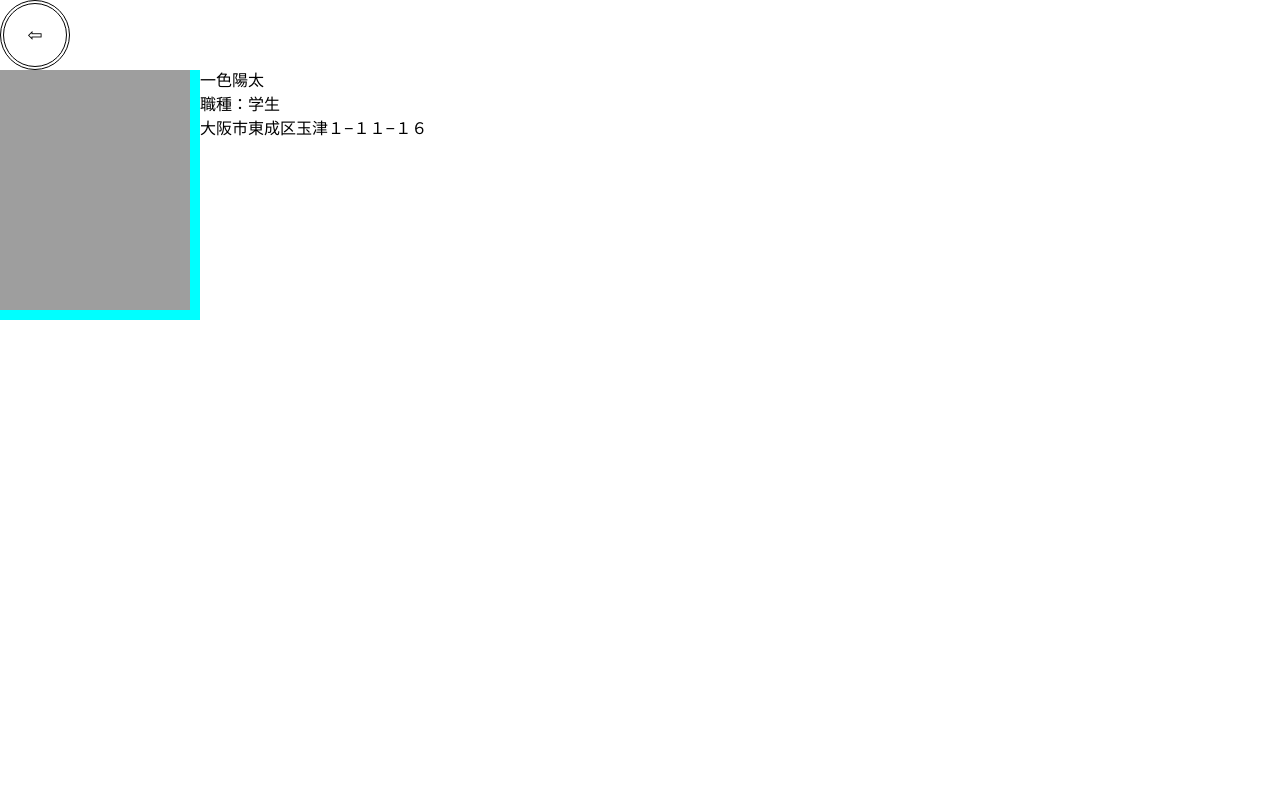
Repository: Mush-s/Folio-OX
Page: /profile
These files come from the project's save history. The page is drawn as it stood at one moment and after the next save; the edit follows.
The browser window is 1280 px wide. The pictures show the whole page.
Pictures or frames that could not be fetched are drawn as grey boxes. The project was rebuilt for these pictures with package versions that can differ from the ones it lists, and the page was loaded fresh each time. Also part of the build but not shown: src/TicTacToe/AfterGame/AfterGame.css, src/TicTacToe/AfterGame/AfterGame.js, src/TicTacToe/Game/Cell.css, src/TicTacToe/Game/Cell.js, src/TicTacToe/Patterns/Pattern.js, src/TicTacToe/Game/GameButtons/GameButtons.css, src/TicTacToe/Game/GameButtons/GameButtons.js, src/TicTacToe/Game/Game.css and 18 more.

Above is the page before, as saved 2022-09-20 18:05:26.

After the next save:
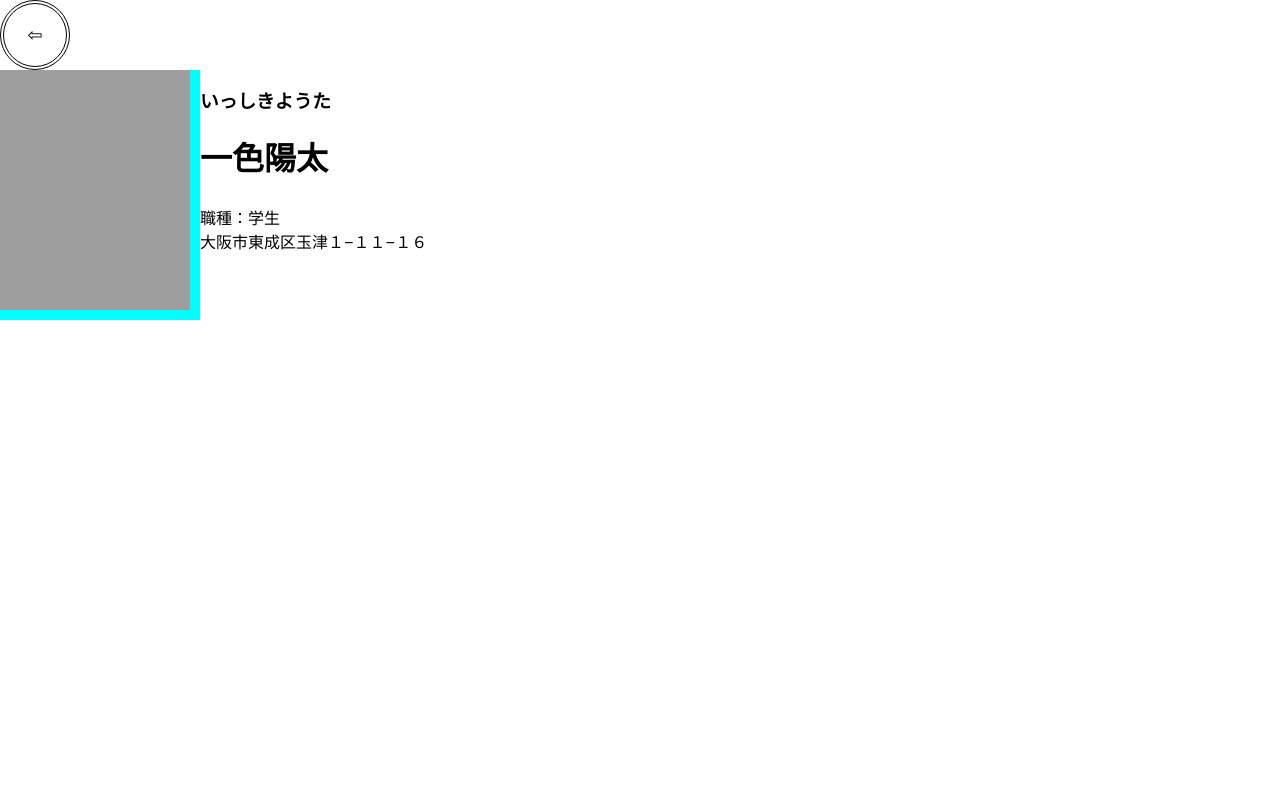
Saved 55 s later.
--- a/src/Profile/Profile.js
+++ b/src/Profile/Profile.js
@@ -9,7 +9,10 @@ const Profile = () => {
           <img src="http://livedoor.blogimg.jp/snoo_frontpage/imgs/9/4/9460ea59-s.png" />
         </div>
         <div className="intro">
-          <div className="name">一色陽太</div>
+          <div className="name">
+            <h3>いっしきようた</h3>
+            <h1>一色陽太</h1>
+          </div>
           <div className="job">職種：学生</div>
           <div className="post">大阪市東成区玉津１−１１−１６</div>
         </div>
